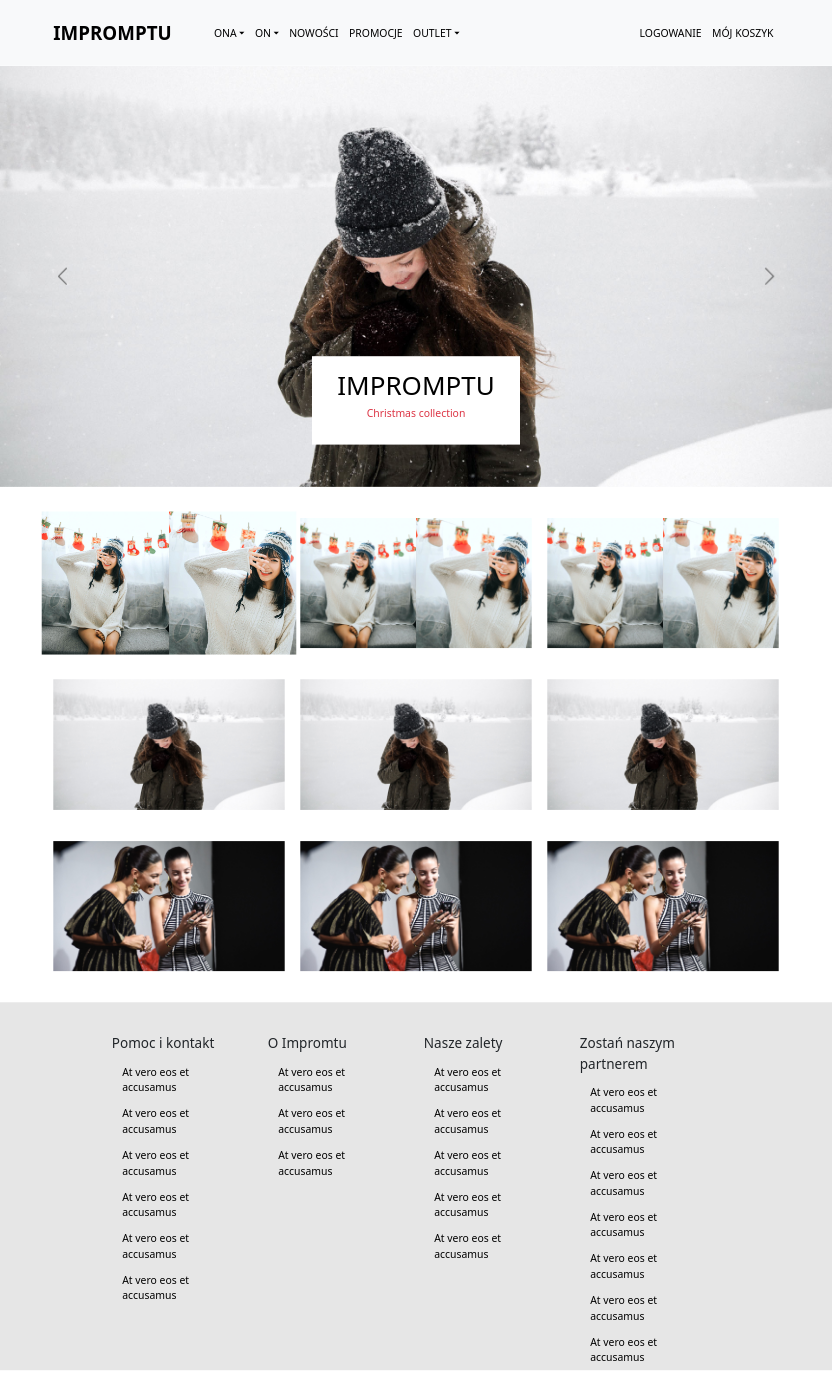
Repository: michalgornicki/Impromptu
Page: /
An editor plug-in stored every save of this project. The page is shown before and after a run of saves, followed by the edit.
The browser window is 1280 px wide. The pictures show the whole page, at 65% of full size.
The pointer rests on the first visible `.grid-item`.
The project was rebuilt for these pictures with package versions that can differ from the ones it lists, and the page was loaded fresh each time.

Above is the page before, as saved 2021-12-23 14:23:24.

After the next 2 saves:
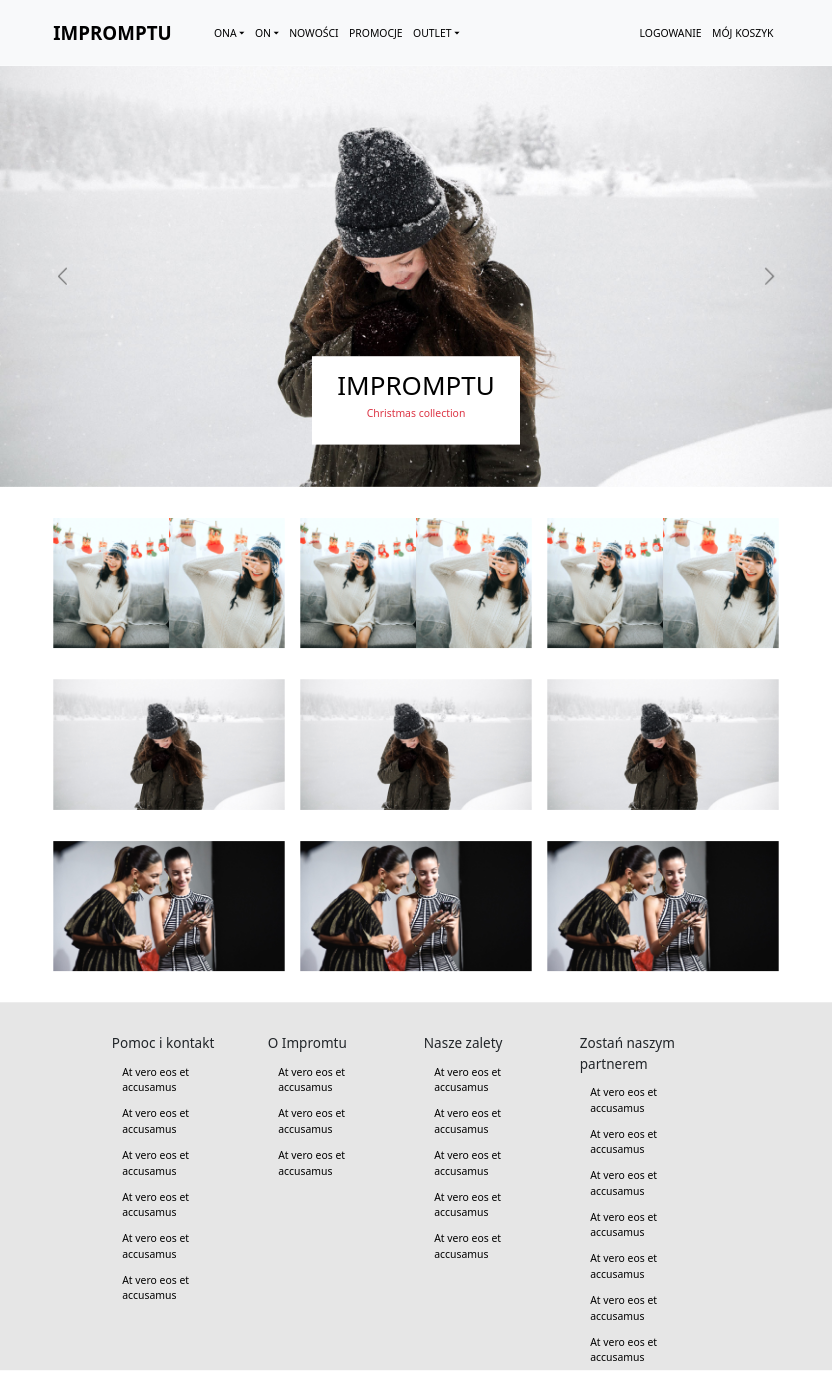
The 2 saves are shown as one change because they came seconds apart.
The last was saved 18 s later.
--- a/src/App.css
+++ b/src/App.css
@@ -43,5 +43,5 @@
 }
 
 .grid-item:hover{
- transform: scale(1.1);
+ background-size: ;
 }
